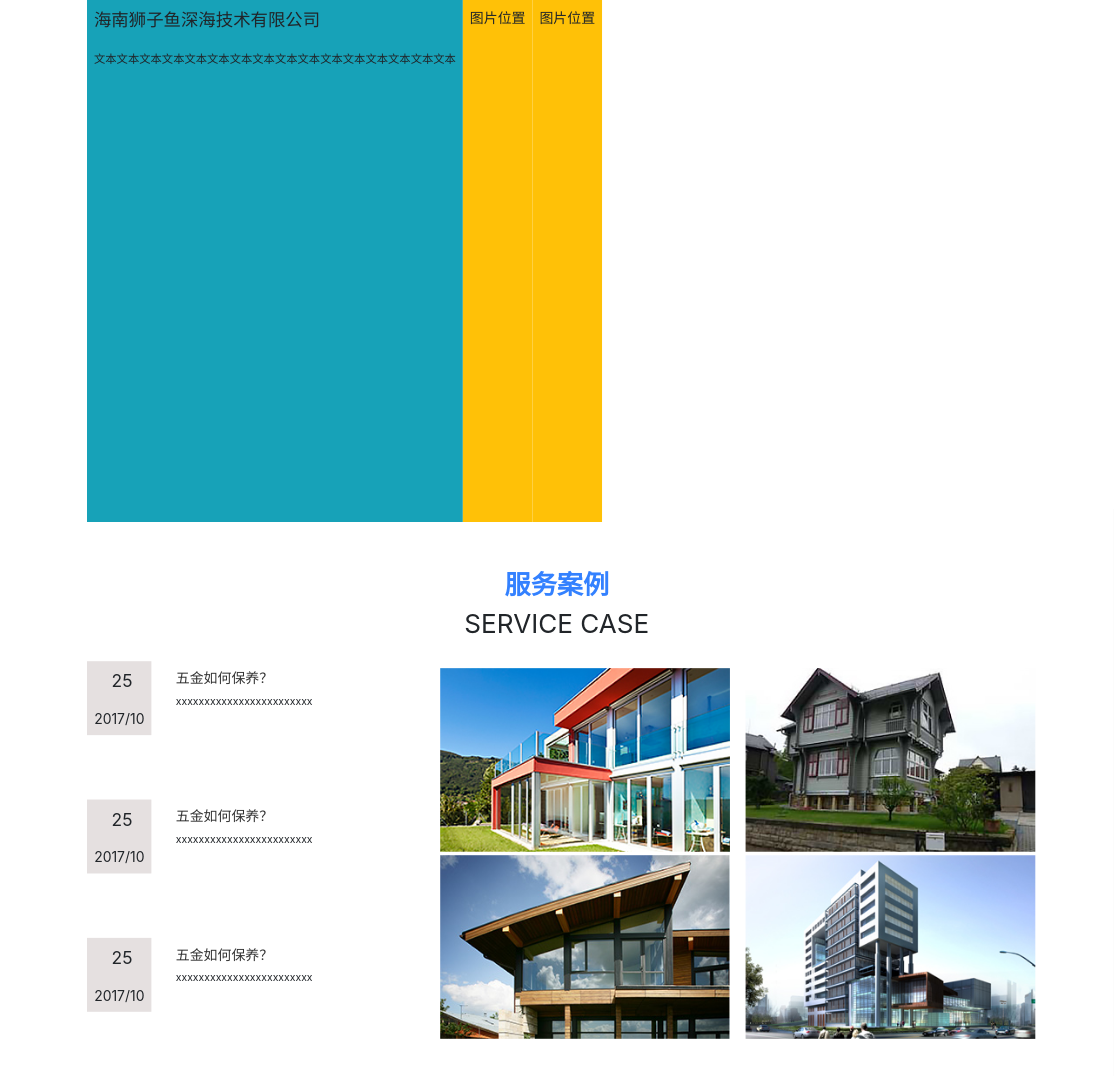
Repository: Noitom/Hadalsnailfish
Page: src/main/resources/static/html/main.html
The author's editor kept a copy of each file at every save. The page is drawn from the files as they stood at one save, then again after the next save.
The browser window is 1280 px wide. The pictures show the whole page, at 87% of full size.

Above is the page before, as saved 2021-12-14 18:03:42.
Console error: TypeError: Cannot read properties of undefined (reading 'offsetTop')

After the next save:
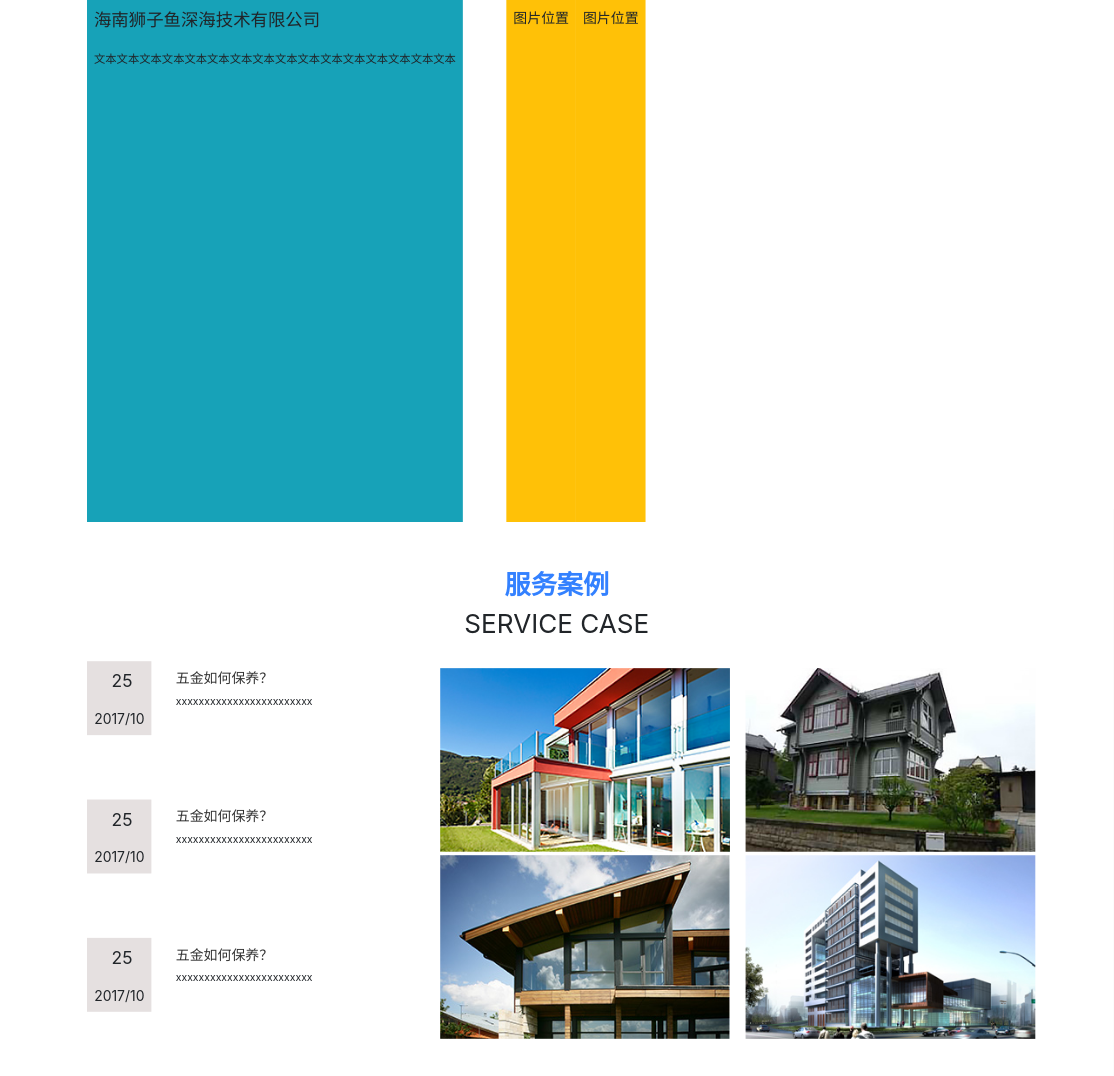
Saved 16 s later.
--- a/src/main/resources/static/css/cl-css.css
+++ b/src/main/resources/static/css/cl-css.css
@@ -145,7 +145,7 @@ a:hover{
     translatey(-50%) */
 
  }
- .sxy-tow-1{
+ .szy-tow-1{
     margin-right: 50px
  }
 .szy-tow-1 p{
